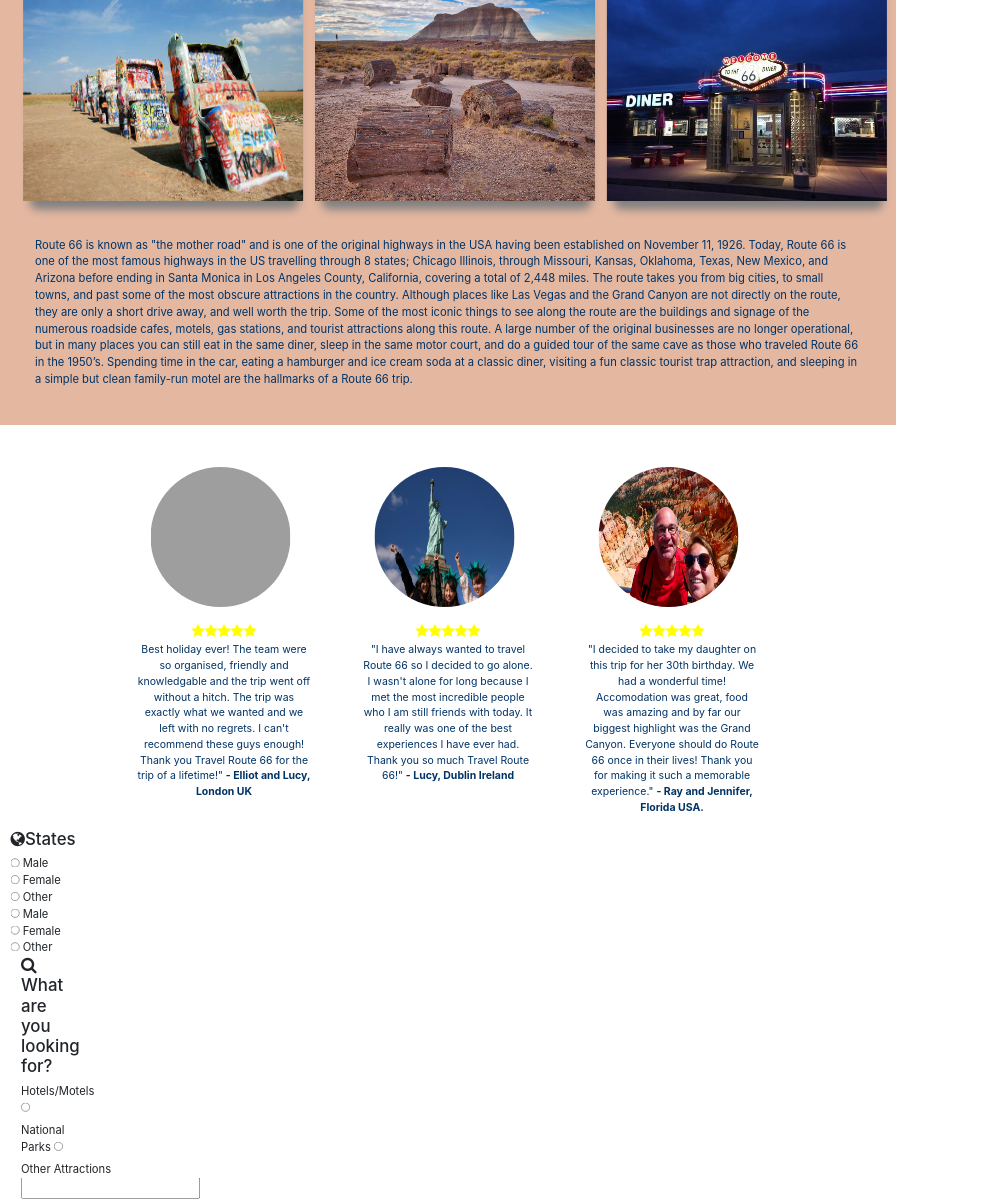
Repository: Code-Institute-Submissions/Javascript-milestone-project-2
Page: index.html
The author's editor kept a record of every edit. The page is drawn from the files as they stood at one moment, then again after the next edit.
The browser window is 1280 px wide. The page is 1440 px wide, so the pictures cover 1440 px, including what lies to the right of the window. The pictures show the part of the page from y = 943 to 2663 px (the page is 2663 px tall before and 2657 px after), at 70% of full size.
Pictures or frames that could not be fetched are drawn as grey boxes. Some web fonts or font styles are not loaded; a fallback is used. Some web libraries are served in a nearby version.

Above is the page before.

After the next edit:
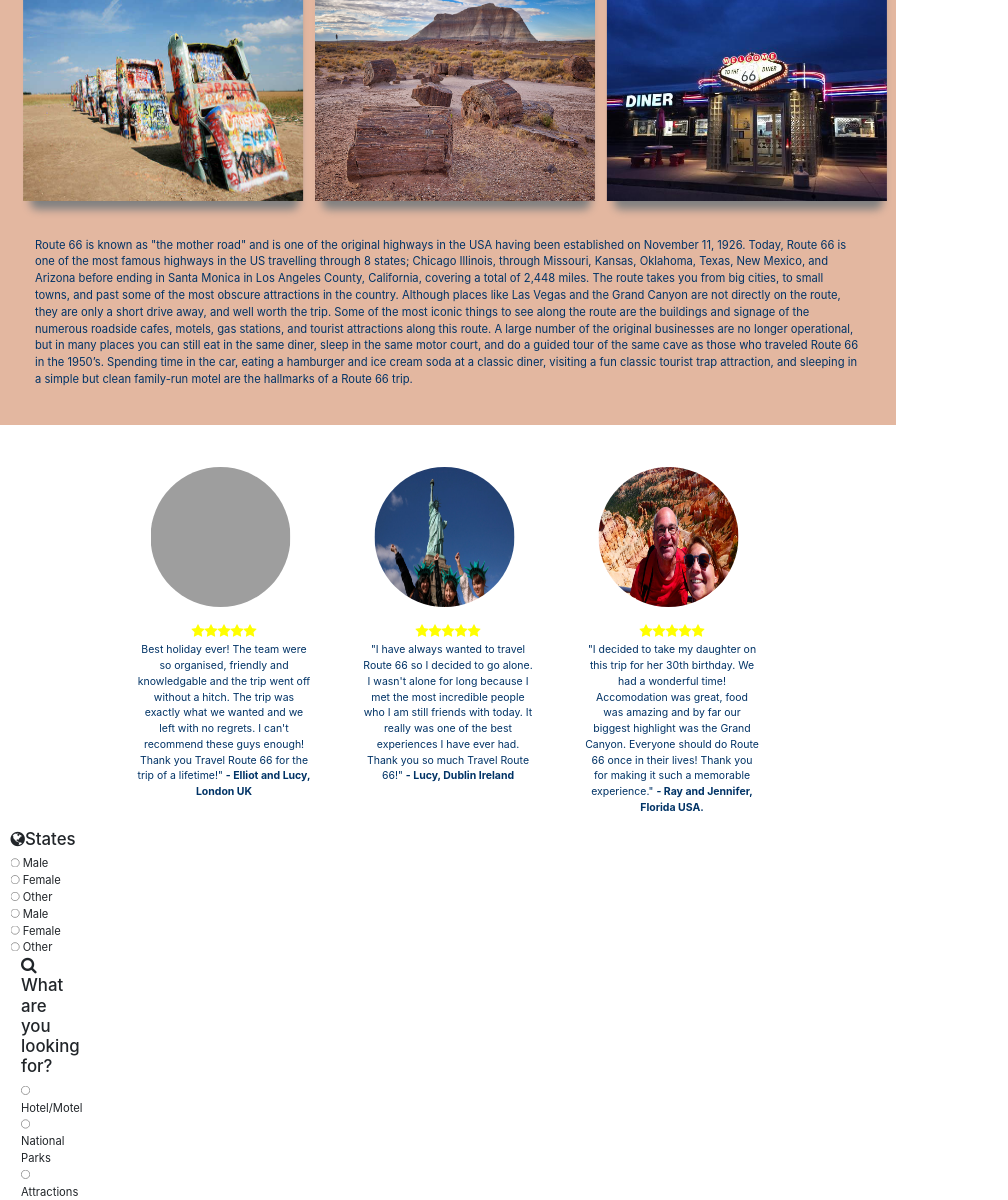
The edit:
--- a/index.html
+++ b/index.html
@@ -169,31 +169,9 @@
         <div class="option-type">
 
           <h4><span><i class="fa fa-search"></i>What are you looking for?</span></h4>
-
-          <label class="container1">Hotels/Motels
-
-            <input type="radio">
-
-            <span class="checkmark"></span>
-
-          </label>
-
-          <label class="container1">National Parks
-
-            <input type="radio">
-
-            <span class="checkmark"></span>
-
-          </label>
-
-          <label class="container1">Other Attractions
-
-            <input type="<radio></radio>">
-
-            <span class="checkmark"></span>
-
-          </label>
-        </div>
+  <input type="radio" name="gender" value="male"> Hotel/Motel<br>
+  <input type="radio" name="gender" value="female">National Parks<br>
+  <input type="radio" name="gender" value="other">Attractions<br>
 
 
     <script src="https://code.jquery.com/jquery-3.2.1.slim.min.js" integrity="sha384-KJ3o2DKtIkvYIK3UENzmM7KCkRr/rE9/Qpg6aAZGJwFDMVNA/GpGFF93hXpG5KkN" crossorigin="anonymous"></script>
